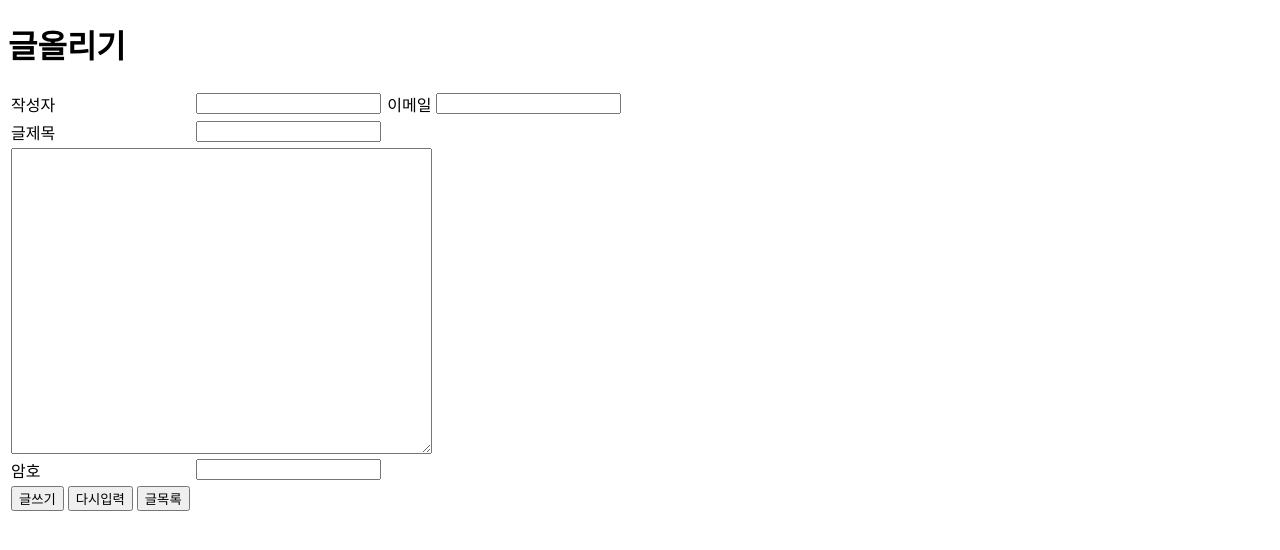
Repository: lch901/webStudy
Page: http://localhost/beanPro/board/write.jsp
The author's editor kept a copy of each file at every save. The page is drawn from the files as they stood at one save, then again after the next save.
The browser window is 1280 px wide. The pictures show the whole page.
The page is served by Tomcat 9. Other server files are loaded and not shown.

Above is the page before, as saved 2020-08-27 02:24:35.

### beanPro/WebContent/board/write.jsp
<%@ page language="java" contentType="text/html; charset=UTF-8"
    pageEncoding="UTF-8"%>
<!DOCTYPE html PUBLIC "-//W3C//DTD HTML 4.01 Transitional//EN" "http://www.w3.org/TR/html4/loose.dtd">
<html>
<head>
<meta http-equiv="Content-Type" content="text/html; charset=UTF-8">
<title>Insert title here</title>

</head>
<body>
	<h1>글올리기</h1>
	<form action="writeOk.jsp" method="get">
		<table>
			<tr>
				<td>작성자</td>
				<td><input type="text" name="b_name"></td>
				<td>이메일</td>
				<td><input type="email" name="b_email"></td>
			</tr>
			<tr>
				<td>글제목</td>
				<td><input type="text" name="b_title"></td>
			</tr>
			<tr>
				<td colspan="3">
					<textarea rows="20" cols="50" name="b_content"></textarea>
				</td>
			</tr>
			<tr>
				<td>암호</td>
				<td><input type="text" name="b_pwd"></td>
			</tr>
			<tr>
				<td>
					<input type="submit" value="글쓰기">
					<input type="reset" value="다시입력">
					<input type="button" value="글목록" onclick="location.href='list.jsp'">
				</td>
			</tr>
		</table>
	</form>
</body>
</html>

After the next save:
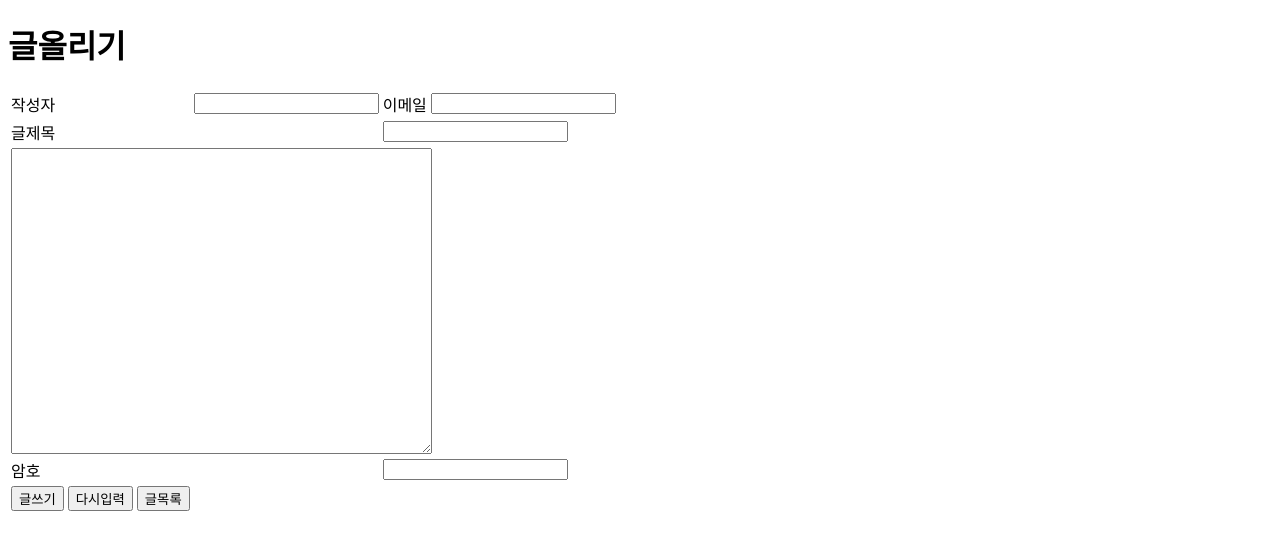
Saved 36 s later.
--- a/beanPro/WebContent/board/write.jsp
+++ b/beanPro/WebContent/board/write.jsp
@@ -18,17 +18,17 @@
 				<td><input type="email" name="b_email"></td>
 			</tr>
 			<tr>
-				<td>글제목</td>
-				<td><input type="text" name="b_title"></td>
+				<td colspan="2">글제목</td>
+				<td colspan="2"><input type="text" name="b_title"></td>
 			</tr>
 			<tr>
-				<td colspan="3">
+				<td colspan="4">
 					<textarea rows="20" cols="50" name="b_content"></textarea>
 				</td>
 			</tr>
 			<tr>
-				<td>암호</td>
-				<td><input type="text" name="b_pwd"></td>
+				<td colspan="2">암호</td>
+				<td colspan="2"><input type="text" name="b_pwd"></td>
 			</tr>
 			<tr>
 				<td>
